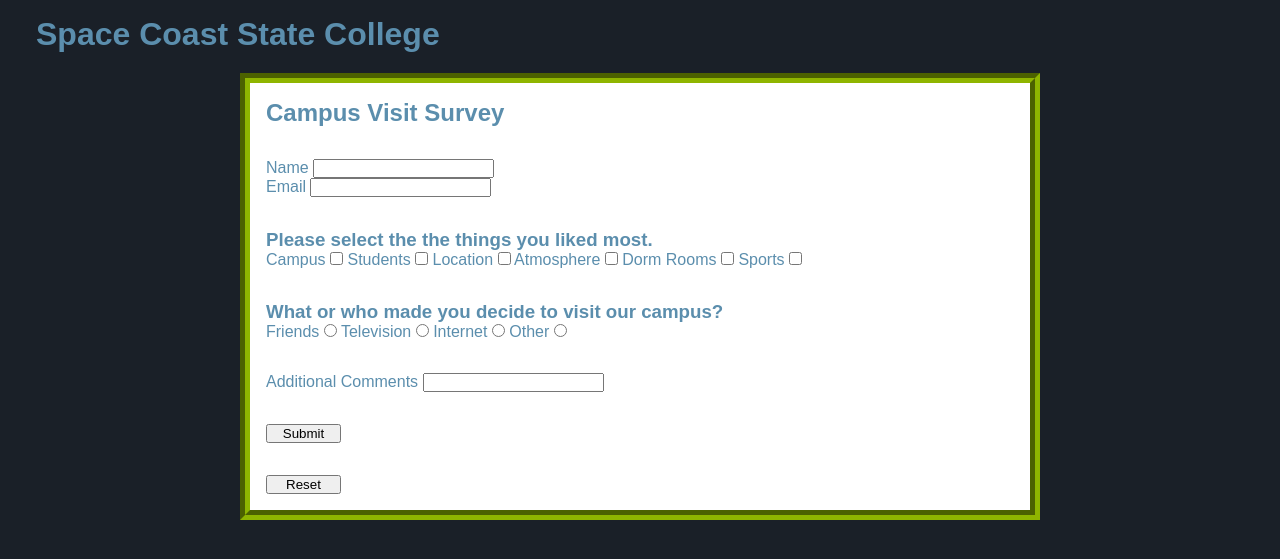
Repository: mlmEFSC21/P2-University-Form
Page: index.html
These files come from the project's save history. The page is drawn as it stood at one moment and after the next save; the edit follows.
The browser window is 1280 px wide. The pictures show the whole page.
Some web fonts or font styles are not loaded; a fallback is used.

Above is the page before, as saved 2022-01-29 19:03:47.

### index.html
<!DOCTYPE html>
<html lang="en">
    <head>
        <meta charset="UTF-8" />
        <meta http-equiv="X-UA-Compatible" content="IE=edge" />
        <meta name="viewport" content="width=device-width, initial-scale=1.0" />
        <title>University Form</title>
        <link rel="stylesheet" href="uniFormStyles.css" />
    </head>
    <body>
        <header>
            <h1>Space Coast State College</h1>
        </header>
        <main>
          <section class="flex">
            <h2>Campus Visit Survey</h2>
            <article class="info">
            <!-- REMEMBER TO CHANGE THIS TO A POST TO DEITEL!!!!!!!!!!-->
            <form action="results.html" method="GET">
                <div>
                    <label for="name">Name</label>
                    <input type="text" id="name" name="name" required />
                </div>
                <div>
                    <label for="email">Email</label>
                    <input type="email" id="email" name="email" required />
                </div>
                </article>
                <article class="favFeatures">
                    <h3>Please select the the things you liked most.</h3>
                    <label for="campus">Campus</label>
                    <input type="checkbox" id="campus" name="campus" />
                    <label for="students">Students</label>
                    <input type="checkbox" id="students" name="students" />
                    <label for="location">Location</label>
                    <input type="checkbox" id="location" name="location" />
                    <label for="atmosphere">Atmosphere</label>
                    <input type="checkbox" id="atmosphere" name="atmosphere" />
                    <label for="dorms">Dorm Rooms</label>
                    <input type="checkbox" id="dorms" name="dorms" />
                    <label for="sports">Sports</label>
                    <input type="checkbox" id="sports" name="sports" />
                </article>
                <article class="">
                    <h3>What or who made you decide to visit our campus?</h3>
                    <label for="friends">Friends</label>
                    <input type="radio" id="friends" name="referred" required />
                    <label for="television">Television</label>
                    <input type="radio" id="television" name="referred" />
                    <label for="internet">Internet</label>
                    <input type="radio" id="internet" name="referred" />
                    <label for="other">Other</label>
                    <input type="radio" id="other" name="referred" />
                </article>
                <div>
                    <label for="comments">Additional Comments</label>
                    <input type="text" id="comments" name="comments" />
                </div>
                <button type="submit" class="submit">Submit</button>
                <button type="reset" class="reset">Reset</button>
            </form>
            </section>
        </main>
    </body>
</html>

### uniFormStyles.css
@import url("https://fonts.googleapis.com/css2?family=Spectral:wght@300&display=swap");

:root {
    --clr-prime: #003c5e;
    --clr-second: #1a2028;
    --clr-accent: #8fb500;
    --clr-font-prime: #5b8ead;
    --clr-font-second: black;
}

* {
    margin: 0;
    padding: 0;
    box-sizing: border-box;
}
body {
    margin: 0 1.25em;
    padding: 1em;
    background-color: var(--clr-second);
    font-family: "Spectral", sans-serif;
    color: var(--clr-font-prime);
}
header {
    color: var(--clr-font-prime);
    margin-bottom: 1.25em;
}
.flex {
    display: flex;
    flex-direction: column;
    max-width: 800px;
    border: 10px groove var(--clr-accent);
    background-color: white;
    gap: 2rem;
    margin: auto;
    padding: 1rem;
}
button {
    width: 75px;
}

After the next save:
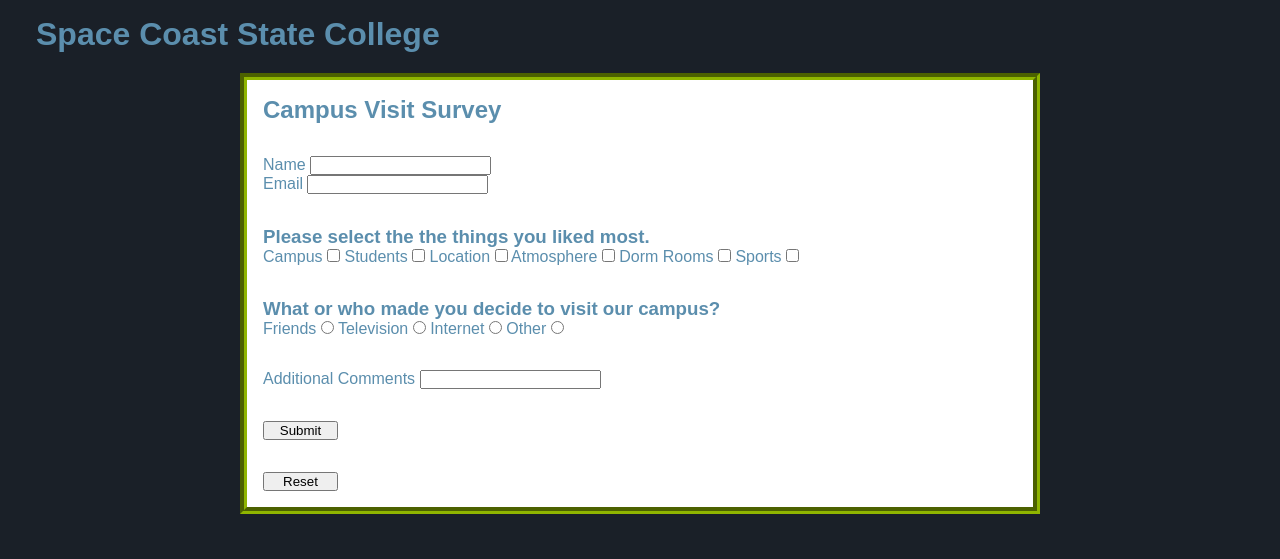
Saved 10 s later.
--- a/uniFormStyles.css
+++ b/uniFormStyles.css
@@ -28,7 +28,7 @@ header {
     display: flex;
     flex-direction: column;
     max-width: 800px;
-    border: 10px groove var(--clr-accent);
+    border: 7px groove var(--clr-accent);
     background-color: white;
     gap: 2rem;
     margin: auto;
